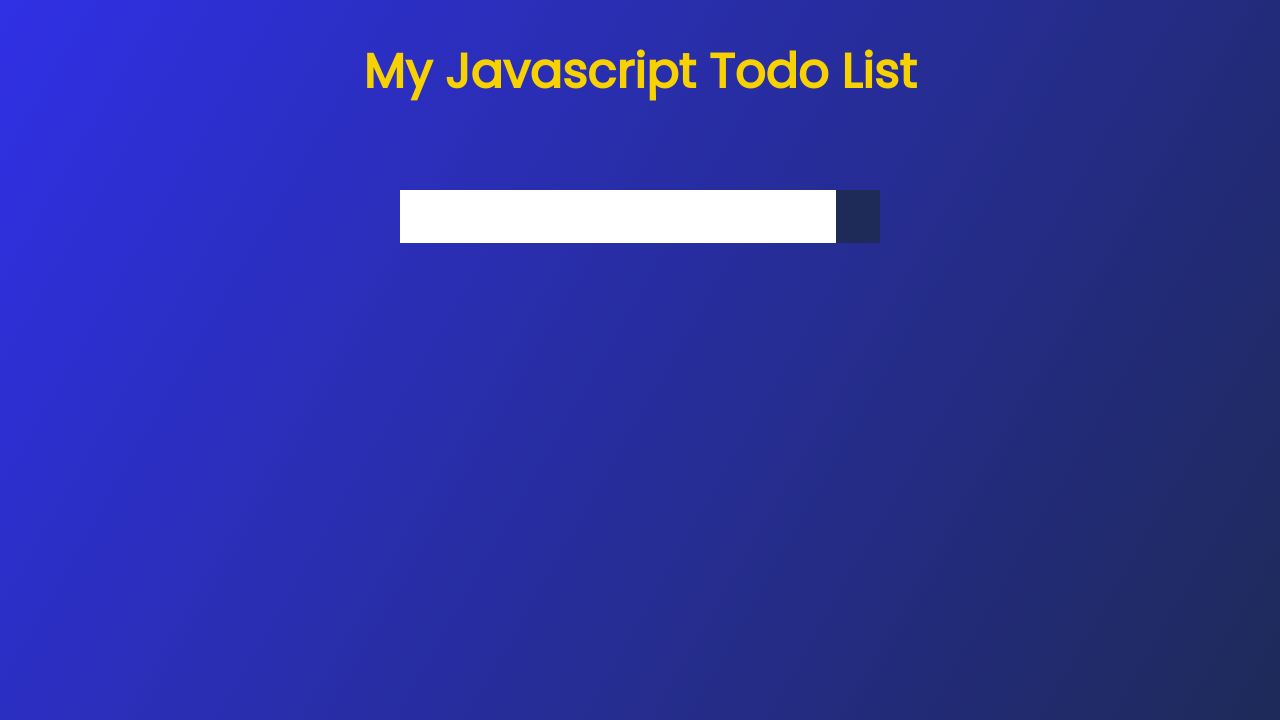
Repository: LuisMiLR/JavaScript-Todo-List
Page: index.html
These files come from the project's save history. The page is drawn as it stood at one moment and after the next save; the edit follows.
The browser window is 1280 px wide. The pictures show the whole page.
The pointer rests on the first visible `form button`.

Above is the page before, as saved 2023-05-01 13:42:20.

After the next save:
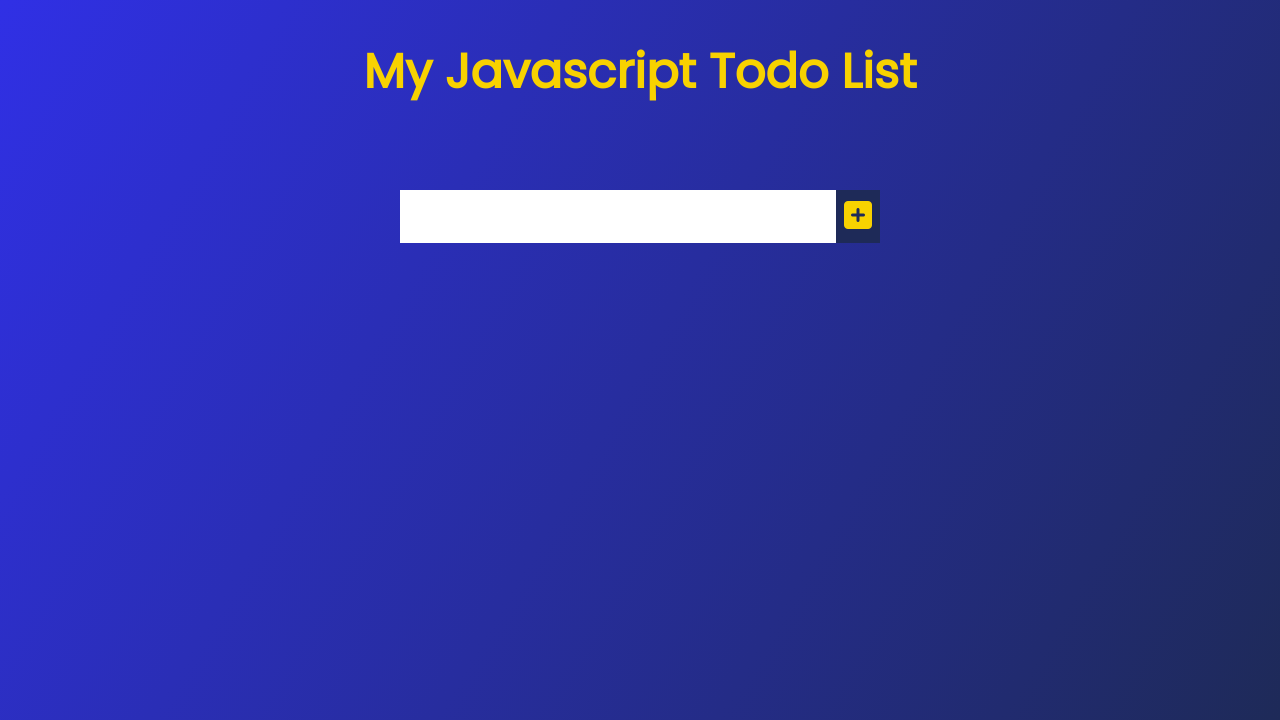
Saved 10 s later.
--- a/style.css
+++ b/style.css
@@ -36,5 +36,5 @@ form button{
 
 form button:hover {
     background: #1e2a58;
-    color: ;
+    color: rgb(248, 210, 0);
 }
